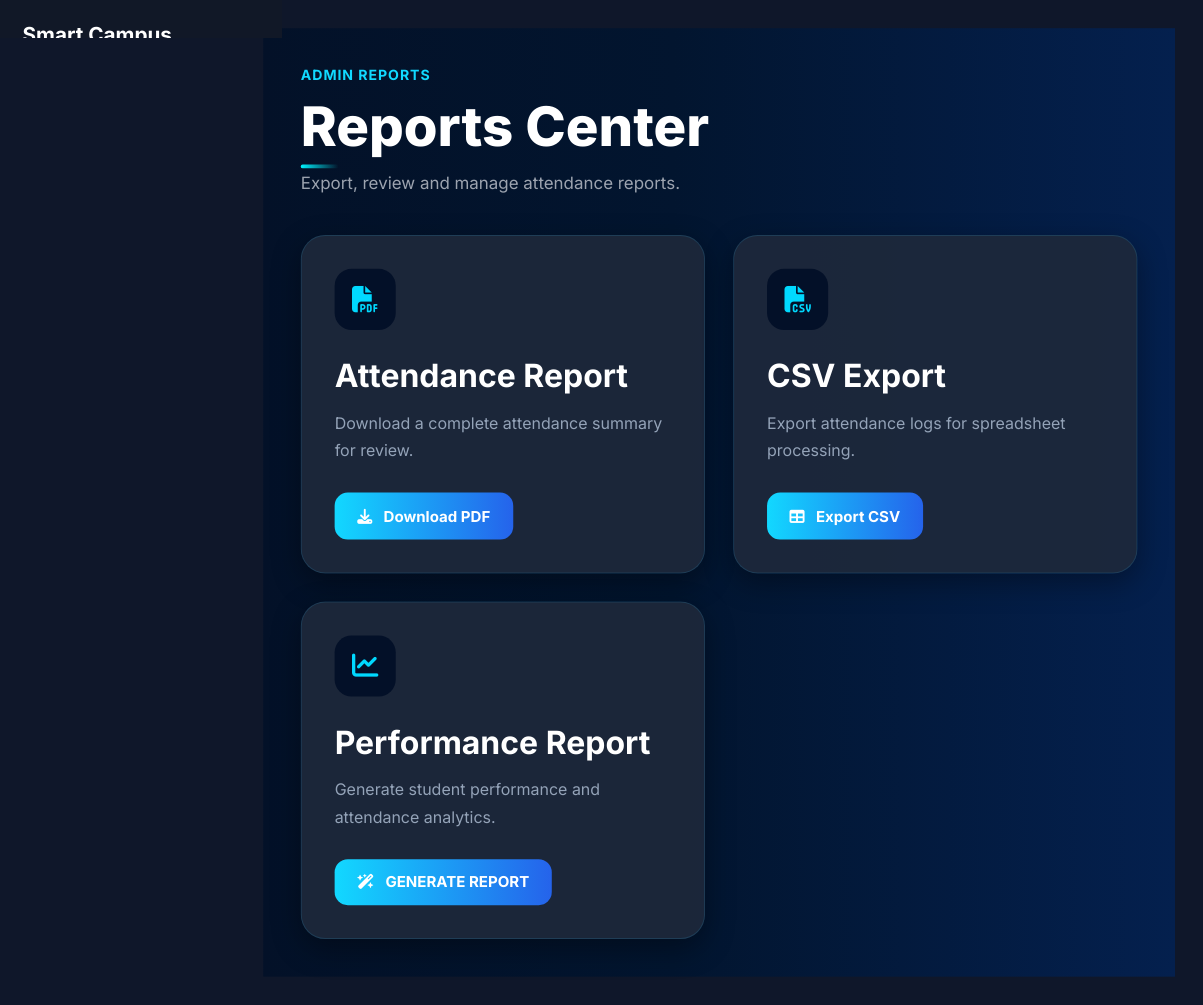
Repository: tejaskale123/smart-campus-intelligence-system
Page: backend/templates/dashboard/reports.html
The author's editor kept a copy of each file at every save. The page is drawn from the files as they stood at one save, then again after the next save.
The browser window is 1280 px wide. The pictures show the whole page, at 94% of full size.
The template is drawn by Django 5.2. The application's start-up code is not run. Other server files are loaded and not shown. The template is opened directly, without the code that normally fills it, so the values that code supplies are empty.

Above is the page before, as saved 2026-05-09 02:27:03.

### backend/templates/dashboard/reports.html
{% extends 'base/base.html' %}
{% load static %}

{% block content %}

<div class="reports-page">

    <!-- HEADER -->

    <div class="reports-header">

        <div>

            <p class="reports-subtitle">

                ADMIN REPORTS

            </p>

            <h1 class="reports-title">

                Reports Center

            </h1>

            <p class="reports-description">

                Export, review and manage attendance reports.

            </p>

        </div>

    </div>

    <!-- REPORT CARDS -->

    <div class="reports-grid">

        <!-- PDF REPORT -->

        <div class="report-card">

            <div class="report-icon">

                <i class="fa-solid fa-file-pdf"></i>

            </div>

            <h2>

                Attendance Report

            </h2>

            <p>

                Download a complete attendance summary for review.

            </p>

            <a href="{% url 'download_pdf_report' %}" class="report-btn">

                <i class="fa-solid fa-download"></i>

                Download PDF

            </a>

        </div>

        <!-- CSV EXPORT -->

        <div class="report-card">

            <div class="report-icon">

                <i class="fa-solid fa-file-csv"></i>

            </div>

            <h2>

                CSV Export

            </h2>

            <p>

                Export attendance logs for spreadsheet processing.

            </p>

            <a href="{% url 'export_csv_report' %}" class="report-btn">

                <i class="fa-solid fa-table"></i>

                Export CSV

            </a>

        </div>

        <!-- PERFORMANCE REPORT -->

        <div class="report-card">

            <div class="report-icon">

                <i class="fa-solid fa-chart-line"></i>

            </div>

            <h2>

                Performance Report

            </h2>

            <p>

                Generate student performance and attendance analytics.

            </p>

            <button class="report-btn">

                <i class="fa-solid fa-wand-magic-sparkles"></i>

                Generate Report

            </button>

        </div>

    </div>

</div>

{% endblock %}

### backend/templates/base/base.html
{% load static %}

<!DOCTYPE html>
<html lang="en">

<head>
    <meta charset="UTF-8">
    <meta name="viewport" content="width=device-width, initial-scale=1.0">
    <title>Smart Campus Intelligence System</title>

    <link href="https://fonts.googleapis.com/css2?family=Inter:wght@300;400;500;600;700;800&display=swap" rel="stylesheet">
    <link rel="stylesheet" href="https://cdnjs.cloudflare.com/ajax/libs/font-awesome/6.4.0/css/all.min.css">
    <link rel="stylesheet" href="{% static 'css/style.css' %}">

  <link
    rel="stylesheet"
    href="{% static 'css/dashboard.css' %}"
    >
</head>

<body>
    <div class="mobile-header">
        <h2>Smart Campus</h2>
        <button id="sidebarToggle" class="mobile-toggle" aria-label="Open navigation">
            <i class="fas fa-bars"></i>
        </button>
    </div>

    <aside class="sidebar" id="sidebar">
        <button id="sidebarClose" class="mobile-close" aria-label="Close navigation">
            <i class="fas fa-times"></i>
        </button>

        <h2>Smart Campus</h2>

        <ul class="sidebar-menu">
            {% if request.user.is_authenticated %}
                {% with role=request.user.userprofile.role current=request.resolver_match.url_name %}
                    {% if request.user.userprofile.role == 'admin' %}
                        <li>
                            <a class="{% if current == 'admin_dashboard' or current == 'dashboard' %}active{% endif %}" href="{% url 'admin_dashboard' %}">
                                <i class="fas fa-chart-pie"></i>
                                <span>Dashboard</span>
                            </a>
                        </li>
                        <li>
                            <a class="{% if current == 'students_list' or current == 'students_page' or current == 'student_detail' %}active{% endif %}" href="{% url 'students_page' %}">
                                <i class="fas fa-user-graduate"></i>
                                <span>Students</span>
                            </a>
                        </li>
                        <li>
                            <a class="{% if current == 'admin_teachers' or current == 'add_teacher' %}active{% endif %}" href="{% url 'admin_teachers' %}">
                                <i class="fas fa-chalkboard-user"></i>
                                <span>Teachers</span>
                            </a>
                        </li>
                        <li>
                            <a class="{% if current == 'attendance_list' or current == 'add_attendance' %}active{% endif %}" href="{% url 'attendance_list' %}">
                                <i class="fas fa-calendar-check"></i>
                                <span>Attendance</span>
                            </a>
                        </li>
                        <li>
                            <a class="{% if current == 'analytics' %}active{% endif %}" href="{% url 'analytics' %}">
                                <i class="fas fa-chart-line"></i>
                                <span>Analytics</span>
                            </a>
                        </li>
                        <li>
                            <a class="{% if current == 'reports' %}active{% endif %}" href="{% url 'reports' %}">
                                <i class="fas fa-file-lines"></i>
                                <span>Reports</span>
                            </a>
                        </li>
                        <li>
                            <a class="{% if current == 'settings' %}active{% endif %}" href="{% url 'settings' %}">
                                <i class="fas fa-gear"></i>
                                <span>Settings</span>
                            </a>
                        </li>
                        <li>
                            <a href="{% url 'logout' %}">
                                <i class="fas fa-right-from-bracket"></i>
                                <span>Logout</span>
                            </a>
                        </li>
                    {% elif role == 'teacher' %}
                        <li>
                            <a class="{% if current == 'teacher_dashboard' or current == 'dashboard' %}active{% endif %}" href="{% url 'teacher_dashboard' %}">
                                <i class="fas fa-chart-pie"></i>
                                <span>Dashboard</span>
                            </a>
                        </li>
                        <li>
                            <a class="{% if current == 'add_attendance' %}active{% endif %}" href="{% url 'add_attendance' %}">
                                <i class="fas fa-calendar-plus"></i>
                                <span>Add Attendance</span>
                            </a>
                        </li>
                        <li>
                            <a class="{% if current == 'attendance_list' %}active{% endif %}" href="{% url 'attendance_list' %}">
                                <i class="fas fa-list-check"></i>
                                <span>Attendance List</span>
                            </a>
                        </li>
                        <li>
                            <a class="{% if current == 'students_list' or current == 'students_page' or current == 'student_detail' %}active{% endif %}" href="{% url 'students_page' %}">
                                <i class="fas fa-users"></i>
                                <span>Students List</span>
                            </a>
                        </li>
                        <li>
                            <a href="{% url 'logout' %}">
                                <i class="fas fa-right-from-bracket"></i>
                                <span>Logout</span>
                            </a>
                        </li>
                    {% elif role == 'student' %}
                        <li>
                            <a class="{% if current == 'student_dashboard' or current == 'dashboard' %}active{% endif %}" href="{% url 'student_dashboard' %}">
                                <i class="fas fa-house-user"></i>
                                <span>My Dashboard</span>
                            </a>
                        </li>
                        <li>
                            <a class="{% if current == 'my_attendance' %}active{% endif %}" href="{% url 'my_attendance' %}">
                                <i class="fas fa-calendar-days"></i>
                                <span>My Attendance</span>
                            </a>
                        </li>
                        <li>
                            <a class="{% if current == 'performance' %}active{% endif %}" href="{% url 'performance' %}">
                                <i class="fas fa-chart-simple"></i>
                                <span>Performance</span>
                            </a>
                        </li>
                        <li>
                            <a class="{% if current == 'my_profile' %}active{% endif %}" href="{% url 'my_profile' %}">
                                <i class="fas fa-user"></i>
                                <span>My Profile</span>
                            </a>
                        </li>
                        <li>
                            <a href="{% url 'logout' %}">
                                <i class="fas fa-right-from-bracket"></i>
                                <span>Logout</span>
                            </a>
                        </li>
                    {% endif %}
                {% endwith %}
            {% else %}
                <li>
                    <a href="{% url 'login' %}">
                        <i class="fas fa-right-to-bracket"></i>
                        <span>Login</span>
                    </a>
                </li>
                <li>
                    <a href="{% url 'register' %}">
                        <i class="fas fa-user-plus"></i>
                        <span>Register</span>
                    </a>
                </li>
            {% endif %}
        </ul>
    </aside>

    <main class="main-content">
        {% if messages %}
            <div class="message-stack">
                {% for message in messages %}
                    <div class="system-message {{ message.tags }}">
                        {{ message }}
                    </div>
                {% endfor %}
            </div>
        {% endif %}

        {% block content %}
        {% endblock %}
    </main>

    <script>
        const sidebar = document.getElementById('sidebar');
        const sidebarToggle = document.getElementById('sidebarToggle');
        const sidebarClose = document.getElementById('sidebarClose');

        if (sidebarToggle && sidebarClose && sidebar) {
            sidebarToggle.addEventListener('click', () => {
                sidebar.classList.add('active');
            });

            sidebarClose.addEventListener('click', () => {
                sidebar.classList.remove('active');
            });
        }
    </script>
</body>

</html>

Loaded but not shown: backend/static/css/style.css (1961 lines, source omitted); backend/static/css/dashboard.css (1068 lines, source omitted)

After the next save:
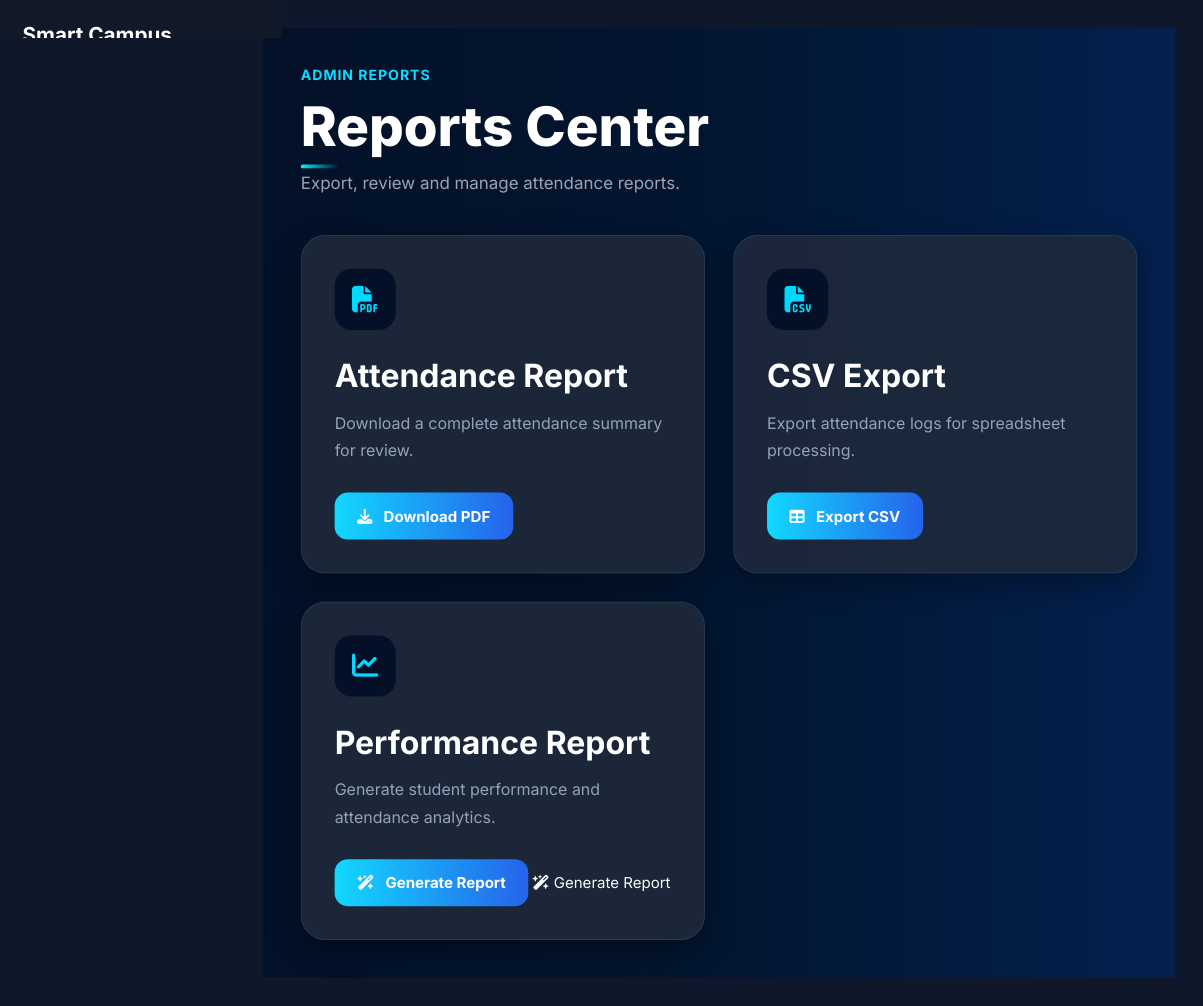
Saved 9 s later.
--- a/backend/templates/dashboard/reports.html
+++ b/backend/templates/dashboard/reports.html
@@ -123,7 +123,16 @@
 
             </p>
 
-            <button class="report-btn">
+          <a
+href="{% url 'performance_report' %}"
+class="report-btn"
+>
+
+<i class="fa-solid fa-wand-magic-sparkles"></i>
+
+Generate Report
+
+</a>
 
                 <i class="fa-solid fa-wand-magic-sparkles"></i>
 
